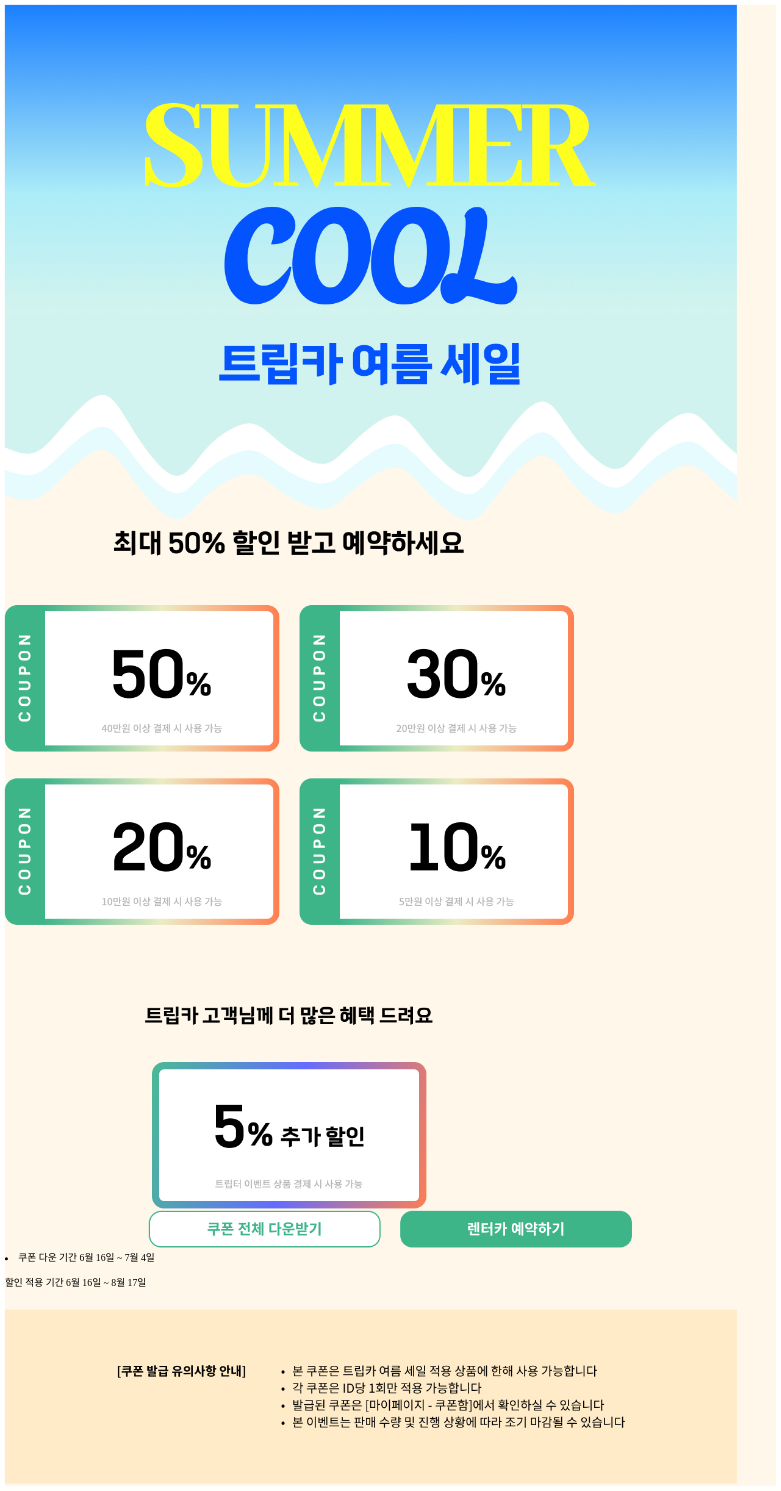
Repository: shin-eekk/project_temp
Page: project.html
An editor plug-in stored every save of this project. The page is shown before and after a run of saves, followed by the edit.
The browser window is 1280 px wide. The pictures show the whole page, at 61% of full size.

Above is the page before, as saved 2025-03-25 13:32:28.

After the next 3 saves:
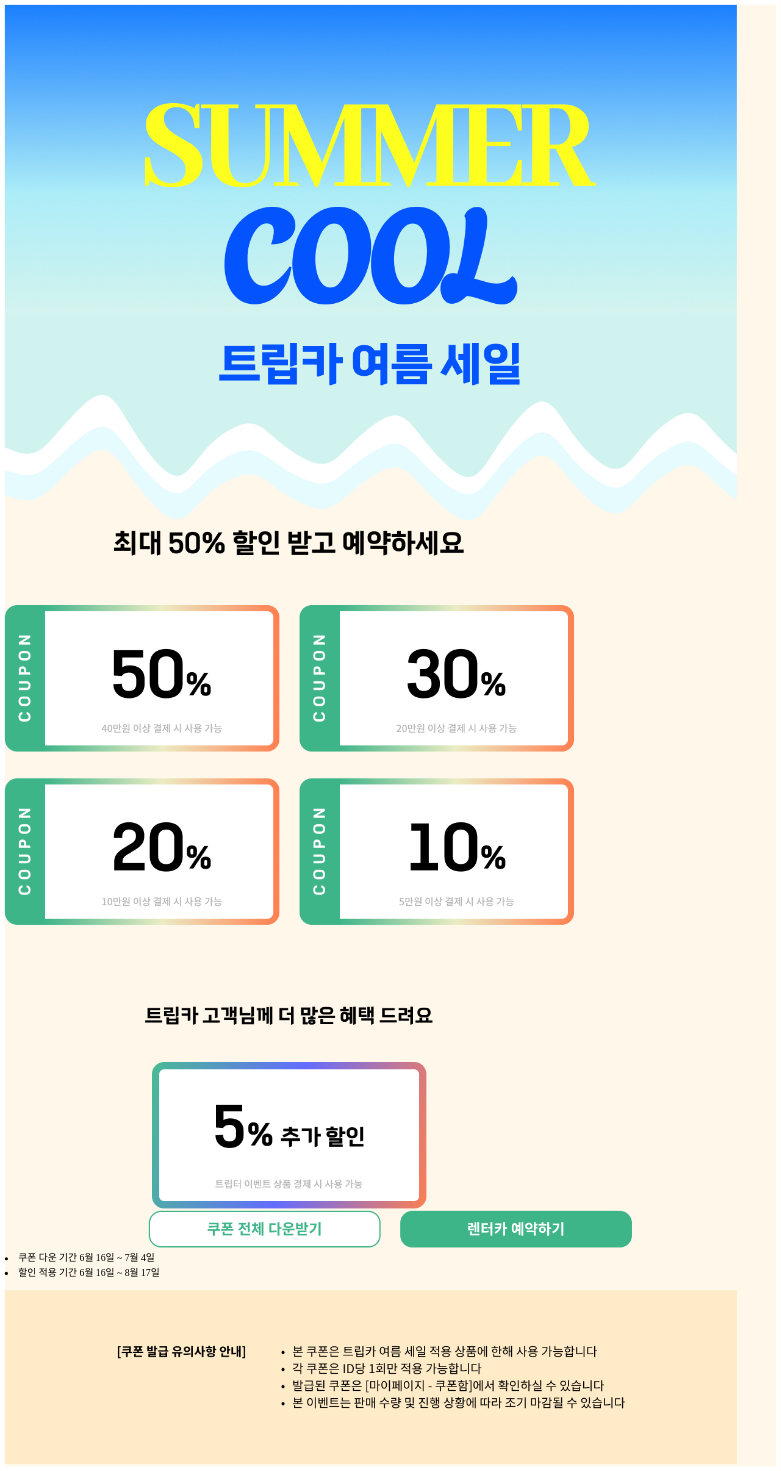
The 3 saves are shown as one change because they came seconds apart.
The last was saved 9 s later.
--- a/project.html
+++ b/project.html
@@ -18,8 +18,8 @@
                     <img src="./img/btn_rent.png" alt="">
                 </a>
             </div>
-                <li>쿠폰 다운 기간  6월 16일 ~ 7월 4일</p>
-                <p>할인 적용 기간  6월 16일 ~ 8월 17일</p>
+                <li>쿠폰 다운 기간  6월 16일 ~ 7월 4일</li>
+                <li>할인 적용 기간  6월 16일 ~ 8월 17일</li>
                 <img src="" alt="">
             <div><a href=""></a></div>
         </div>

After the 4 saves that followed:
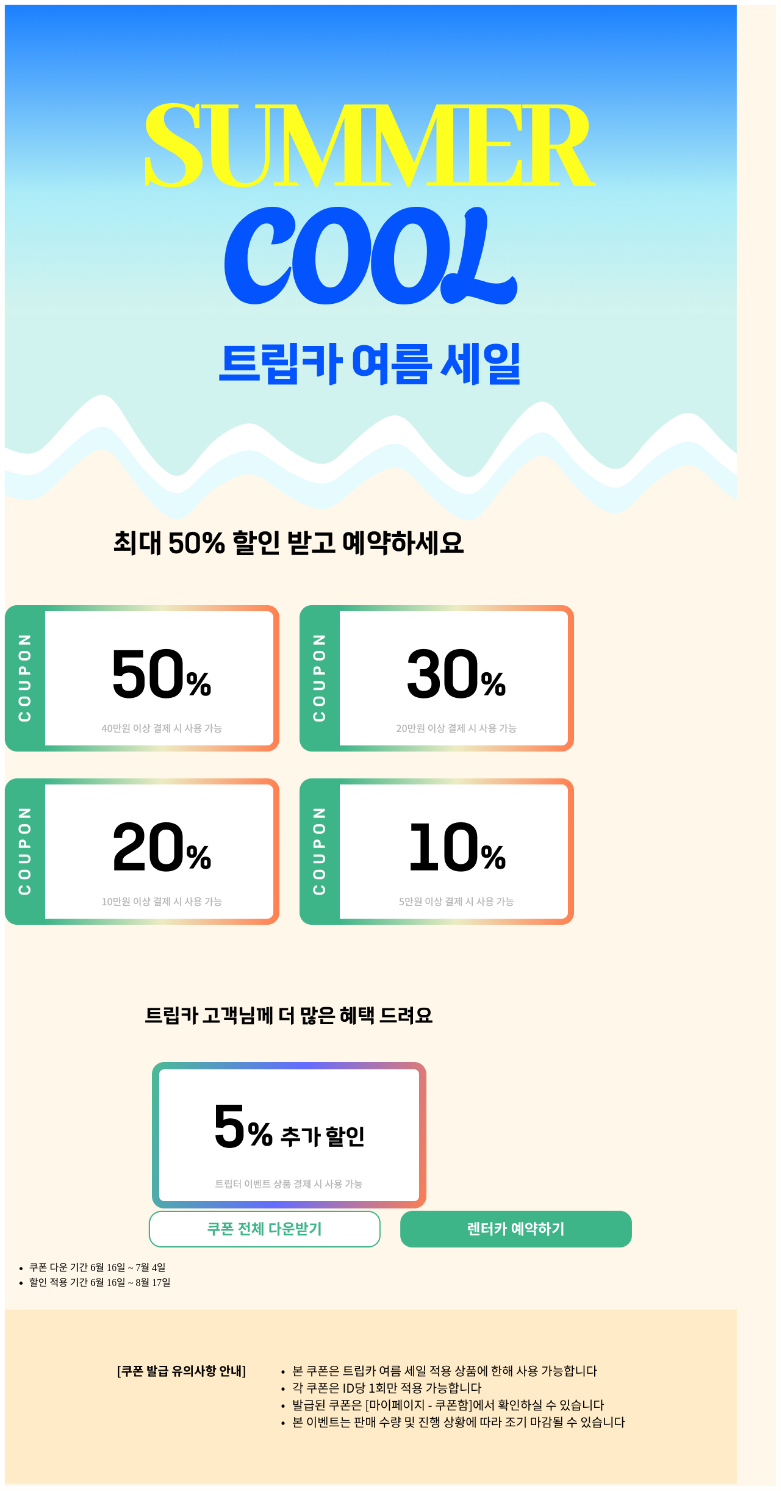
The 4 saves are shown as one change because they came seconds apart.
The last was saved 12 s later.
--- a/project.html
+++ b/project.html
@@ -18,8 +18,11 @@
                     <img src="./img/btn_rent.png" alt="">
                 </a>
             </div>
-                <li>쿠폰 다운 기간  6월 16일 ~ 7월 4일</li>
-                <li>할인 적용 기간  6월 16일 ~ 8월 17일</li>
+                <ul>
+                    <li>쿠폰 다운 기간  6월 16일 ~ 7월 4일</li>
+                    <li>할인 적용 기간  6월 16일 ~ 8월 17일</li>
+                </ul>
+
                 <img src="" alt="">
             <div><a href=""></a></div>
         </div>
